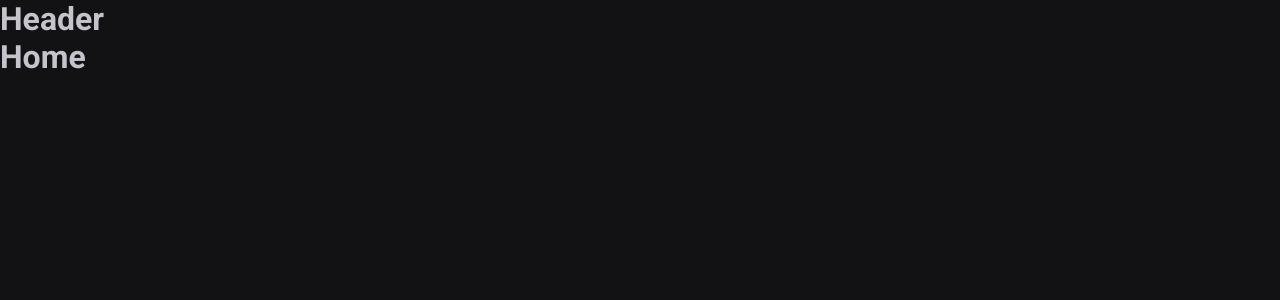
Repository: JoseGu1llardi/ignite-timer
Page: /
These files come from the project's save history. The page is drawn as it stood at one moment and after the next save; the edit follows.
The browser window is 1280 px wide. The pictures show the whole page.
The project was rebuilt for these pictures with package versions that can differ from the ones it lists, and the page was loaded fresh each time. Also part of the build but not shown: vite.config.ts, src/pages/History.tsx.

Above is the page before, as saved 2023-04-10 11:07:31.

### index.html
<!DOCTYPE html>
<html lang="en">
  <head>
    <meta charset="UTF-8" />

    <link rel="preconnect" href="https://fonts.googleapis.com" />
    <link rel="preconnect" href="https://fonts.gstatic.com" crossorigin />

    <meta name="viewport" content="width=device-width, initial-scale=1.0" />

    <link
      href="https://fonts.googleapis.com/css2?family=Roboto+Mono:wght@700&family=Roboto:wght@400;700&display=swap"
      rel="stylesheet"
    />

    <title>ig-Timer</title>
  </head>
  <body>
    <div id="root"></div>
    <script type="module" src="/src/main.tsx"></script>
  </body>
</html>

### src/App.tsx
import { BrowserRouter } from 'react-router-dom';

import { ThemeProvider } from 'styled-components'

import { defaultTheme } from './styles/themes/default'
import { GlobalStyle } from './styles/global'

import { Router } from './Router'
import { CyclesContextProvider } from './contexts/CyclesContext';

export function App(): JSX.Element {
  return (
    <ThemeProvider theme={defaultTheme}>
      <BrowserRouter>
        <CyclesContextProvider>
          <Router />
        </CyclesContextProvider>
      </BrowserRouter>

      <GlobalStyle />
    </ThemeProvider>
  )
}

### src/styles/themes/default.ts
export const defaultTheme = {
    white: '#FFF',

    'gray-100': '#E1E1E6',
    'gray-300': '#C4C4CC',
    'gray-400': '#8D8D99',
    'gray-500': '#7C7C8A',
    'gray-600': '#323238',
    'gray-700': '#29292E',
    'gray-800': '#202024',
    'gray-900': '#121214',

    'green-300': '#00B37E',
    'green-500': '#00875F',
    'green-700': '#015F43',

    'red-500': '#AB222E',
    'red-700': '#7A1921',

    'yellow-500': '#FBA94C',
};

### src/styles/global.ts
import { createGlobalStyle } from 'styled-components'

export const GlobalStyle = createGlobalStyle`

    :focus {
        outline: 0;
        box-shadow: 0 0 0 2px ${(props) => props.theme['green-500']}
    }

    * {
        margin: 0;
        padding: 0;
        box-sizing: border-box;
    }

    body {
        background: ${(props) => props.theme['gray-900']};
        color: ${(props) => props.theme['gray-300']};
        -webkit-font-smoothing: antialiased;
    }

    body, input, button, textarea {
        font-family: "Roboto", sans-serif;
        font-weight: 400;
        font-size: 1rem;
    }
`

### src/Router.tsx
import { Routes, Route } from 'react-router-dom'

import { Home } from './pages/Home'
import { History } from './pages/History'
import { DefaultLayout } from './layouts/DefaultLayout'

export function Router() {
    return (
        <Routes>
            <Route path='/' element={<DefaultLayout />}>
                <Route path='/' element={<Home />} />
                <Route path='/history' element={<History />} />
            </Route>
        </Routes>
    )
}

### src/contexts/CyclesContext.tsx
import { useState, createContext, ReactNode, useReducer } from 'react';

import { Cycle, cyclesReducer } from '../reducers/cycles/reducer';
import {
    addNewCycleAction,
    interruptCurrentCycleAction,
    markCurrentCycleAsFinishedAction
} from '../reducers/cycles/actions';

interface CreateCycleData {
    task: string;
    minutesAmount: number;
}

interface CyclesContextData {
    cycles: Cycle[];
    activeCycle: Cycle | undefined;
    activeCycleId: string | null;
    amountSecondsPassed: number;
    markCurrentCycleAsFineshed: () => void;
    setSecondsPassed: (seconds: number) => void;
    /* setCycles: Dispatch<React.SetStateAction<Cycle[]>> */
    createNewCycle: (data: CreateCycleData) => void;
    interruptCurrentCycle: () => void;
}

interface CyclesContextProviderProps {
    children: ReactNode;
}

export const CyclesContext = createContext({} as CyclesContextData);

export function CyclesContextProvider({ children }: CyclesContextProviderProps) {

    const [cyclesState, dispatch] = useReducer(cyclesReducer, {
        cycles: [],
        activeCycleId: null
    });

    const [amountSecondsPassed, setAmountSecondsPassed] = useState(0);

    const { cycles, activeCycleId } = cyclesState;

    const activeCycle = cycles.find(cycle => cycle.id === activeCycleId);

    function markCurrentCycleAsFineshed() {
        dispatch(markCurrentCycleAsFinishedAction());
    }

    function setSecondsPassed(seconds: number) {
        setAmountSecondsPassed(seconds);
    }

    function createNewCycle(data: CreateCycleData) {
        const id = String(new Date().getTime());
        const newCycle: Cycle = {
            id,
            task: data.task,
            minutesAmount: data.minutesAmount,
            startDate: new Date()
        }

        dispatch(addNewCycleAction(newCycle));

        setAmountSecondsPassed(0);
    }

    function interruptCurrentCycle() {
        dispatch(interruptCurrentCycleAction());

        document.title = "ig-Timer";
    }

    return (
        <CyclesContext.Provider
            value={{
                cycles,
                activeCycle,
                activeCycleId,
                amountSecondsPassed,
                markCurrentCycleAsFineshed,
                setSecondsPassed,
                createNewCycle,
                interruptCurrentCycle
            }}>
            {children}
        </CyclesContext.Provider>

    )
}

### src/layouts/DefaultLayout.tsx
import { Outlet } from "react-router-dom";
import { Header } from "../components/Header";

export function DefaultLayout() {
    return (
        <div>
            <Header />
            <Outlet />
        </div>
    )
}

### src/reducers/cycles/reducer.ts
import { produce } from 'immer';

import { ActionTypes } from "./actions";

export interface Cycle {
    id: string;
    task: string;
    minutesAmount: number;
    startDate: Date;
    interruptedDate?: Date;
    finishedDate?: Date;
}

interface CyclesState {
    cycles: Cycle[]
    activeCycleId: string | null
}

export function cyclesReducer(state: CyclesState, action: any) {
    switch (action.type) {
        case ActionTypes.ADD_NEW_CYCLE:
            // return {
            //     ...state,
            //     cycles: [state.cycles, action.payload.newCycle],
            //     activeCycleId: action.payload.newCycle.id
            // }
            return produce(state, draft => {
                draft.cycles.push(action.payload.newCycle),
                    draft.activeCycleId = action.payload.newCycle.id
            })
        case ActionTypes.INTERRUPT_CURRENT_CYCLE: {
            // return {
            //     ...state,
            //     cycles: state.cycles.map(cycle => {
            //         if (cycle.id === state.activeCycleId) {
            //             return { ...cycle, interruptedDate: new Date() }
            //         } else {
            //             return cycle
            //         }
            //     }),
            //     activeCycleId: null
            // }

            const currentCycleIndex = state.cycles.findIndex(cycle => {
                return cycle.id === state.activeCycleId
            });

            if (currentCycleIndex < 0) {
                return state
            }

            return produce(state, draft => {
                draft.activeCycleId = null,
                    draft.cycles[currentCycleIndex].interruptedDate = new Date()
            })
        }
        case ActionTypes.MARK_CURRENT_CYCLE_AS_FINISHED: {
            const currentCycleIndex = state.cycles.findIndex(cycle => {
                return cycle.id === state.activeCycleId
            });

            if (currentCycleIndex < 0) {
                return state
            }

            return produce(state, draft => {
                draft.activeCycleId = null,
                    draft.cycles[currentCycleIndex].finishedDate = new Date()
            })
        }
        default:
            return state
    }
}

### src/reducers/cycles/actions.ts
import { Cycle } from "./reducer";

export enum ActionTypes {
    ADD_NEW_CYCLE = "ADD_NEW_CYCLE",
    INTERRUPT_CURRENT_CYCLE = "INTERRUPT_CURRENT_CYCLE",
    MARK_CURRENT_CYCLE_AS_FINISHED = "MARK_CURRENT_CYCLE_AS_FINISHED"
}

export function addNewCycleAction(newCycle: Cycle) {
    return {
        type: ActionTypes.ADD_NEW_CYCLE,
        payload: {
            newCycle
        }
    }
}

export function markCurrentCycleAsFinishedAction() {
    return {
        type: ActionTypes.MARK_CURRENT_CYCLE_AS_FINISHED,
    }
}

export function interruptCurrentCycleAction() {
    return {
        type: ActionTypes.INTERRUPT_CURRENT_CYCLE
    }
}

### src/components/Header.tsx
export function Header() {
    return <h1>Header</h1>
}

Loaded but not shown: src/main.tsx (common file); src/pages/Home.tsx (common file)

After the next save:
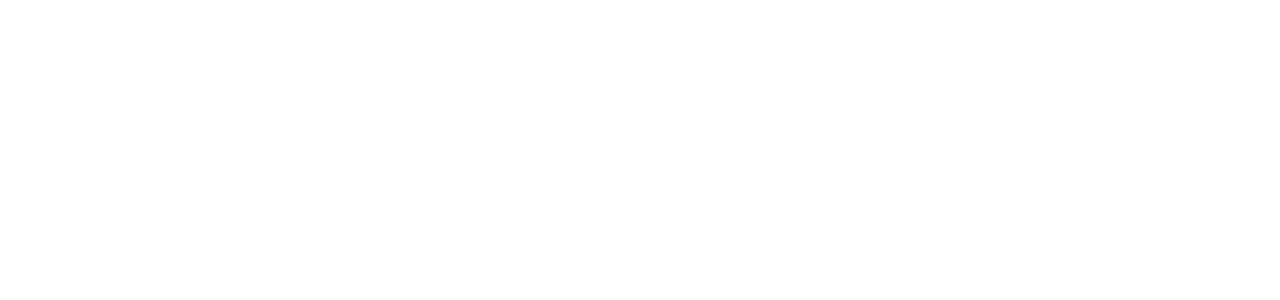
Console error (its wording comes from the project's code and is left out).
Saved 3 min 2 s later.
--- a/src/contexts/CyclesContext.tsx
+++ b/src/contexts/CyclesContext.tsx
@@ -1,4 +1,4 @@
-import { useState, createContext, ReactNode, useReducer } from 'react';
+import { useState, createContext, ReactNode, useReducer, useEffect } from 'react';
 
 import { Cycle, cyclesReducer } from '../reducers/cycles/reducer';
 import {
@@ -38,6 +38,12 @@
     });
 
     const [amountSecondsPassed, setAmountSecondsPassed] = useState(0);
+
+    useEffect(() => {
+        const stateJSON = JSON.stringify(cyclesState);
+
+        localStorage.setItem()
+    }, []);
 
     const { cycles, activeCycleId } = cyclesState;
 

After the save that followed:
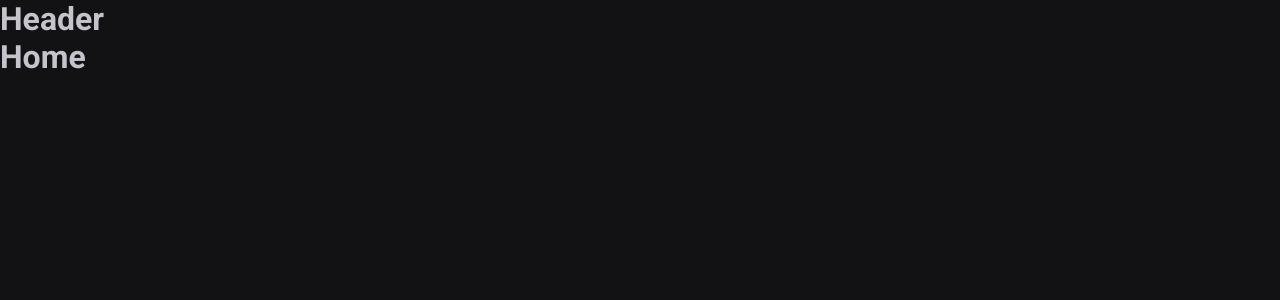
The error is gone.
Saved 66 s later.
--- a/src/contexts/CyclesContext.tsx
+++ b/src/contexts/CyclesContext.tsx
@@ -42,8 +42,8 @@
     useEffect(() => {
         const stateJSON = JSON.stringify(cyclesState);
 
-        localStorage.setItem()
-    }, []);
+        localStorage.setItem("@ignite-timer:cycles-state", stateJSON)
+    }, [cyclesState]);
 
     const { cycles, activeCycleId } = cyclesState;
 
